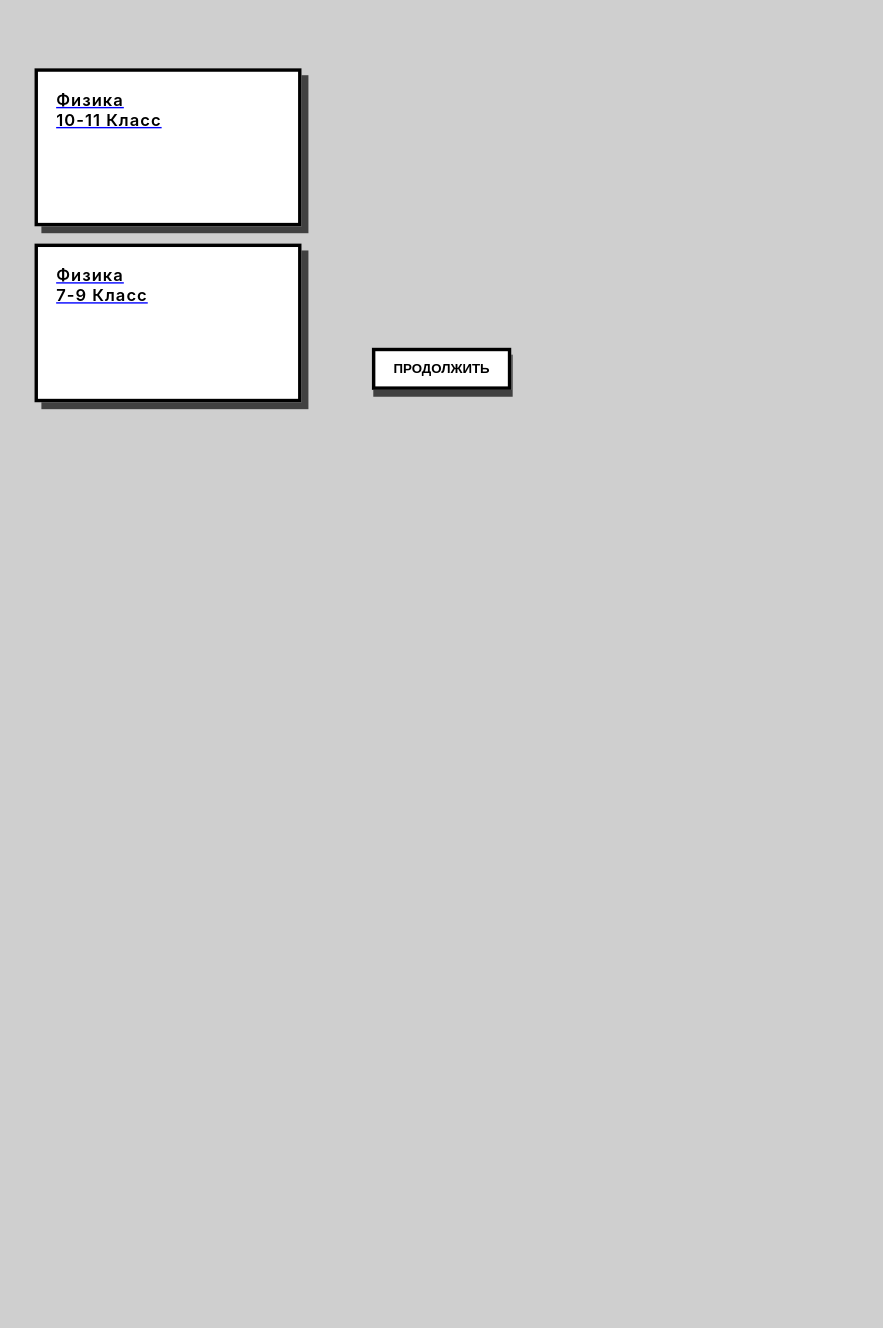
Repository: ICU-Dici/SchoolProject
Page: /NavigationBlock
An editor plug-in stored every save of this project. The page is shown before and after the next save, followed by the edit.
The browser window is 1280 px wide. The pictures show the whole page, at 69% of full size.
The project was rebuilt for these pictures with package versions that can differ from the ones it lists, and the page was loaded fresh each time. Also part of the build but not shown: src/components/PhysicsEGE/Header/HeaderCopy.module.css, src/components/PhysicsEGE/Header/Header.jsx, src/components/MainBody/MainPage.jsx, src/components/PhysicsEGE/Header/Header copy.jsx, src/components/PhysicsEGE/PointsTransfer/PointsTransfer.jsx, src/components/PhysicsEGE/PointsTransfer/PointsTransferContainer.jsx, src/components/PhysicsEGE/PhysicsEGE.module.css, src/components/PhysicsEGE/PhysicsNavPage/PhysicsNavPage.module.css and 5 more.

Above is the page before, as saved 2024-01-02 00:42:35.

After the next save:
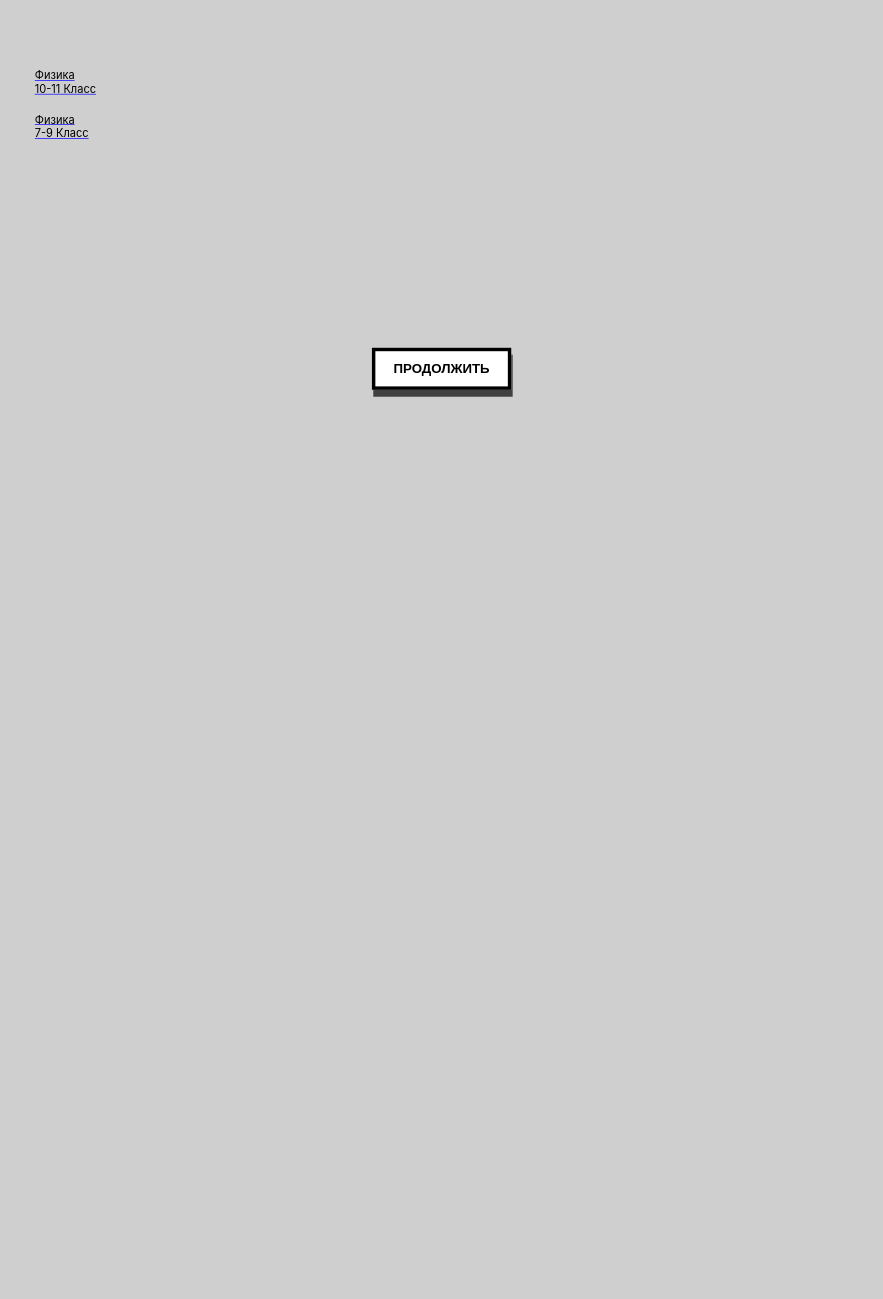
Saved 2 min 54 s later.
--- a/src/components/NavigationSide/Block/PhyBlockStructure.jsx
+++ b/src/components/NavigationSide/Block/PhyBlockStructure.jsx
@@ -6,10 +6,23 @@ const BlockStructure = (props) =>{
     return (
         <div className={s.Wrapper}>
             <div className={s.Block}>
-                <div className={ props.selected === props.index ? s.MainBodyBlockActive : s.MainBodyBlock}>
-                    <div>{props.blockName}</div>
-                    <div>{props.blockInfo}</div>
+                { props.typeOfBloc===1 ?
+                <div className={ props.selected === props.index ? s.MainBodyBlockActive1 : s.MainBodyBlock1}>
+                <div>{props.blockName}</div>
+                <div>{props.blockInfo}</div>
+            </div>
+            : <div className={ props.selected === props.index ? s.MainBodyBlockActive2 : s.MainBodyBlock2}>
+                <div>{props.blockName}</div>
+                <div>{props.blockInfo}</div>
                 </div>
+            //     : props.typeOfBloc===3 ? <div className={ props.selected === props.index ? s.MainBodyBlockActive : s.MainBodyBlock}>
+            //     <div>{props.blockName}</div>
+            //     <div>{props.blockInfo}</div>
+            //     </div> : <div className={ props.selected === props.index ? s.MainBodyBlockActive : s.MainBodyBlock}>
+            //     <div>{props.blockName}</div>
+            //     <div>{props.blockInfo}</div>
+            // </div>
+            }
             </div>
         </div>
     )
